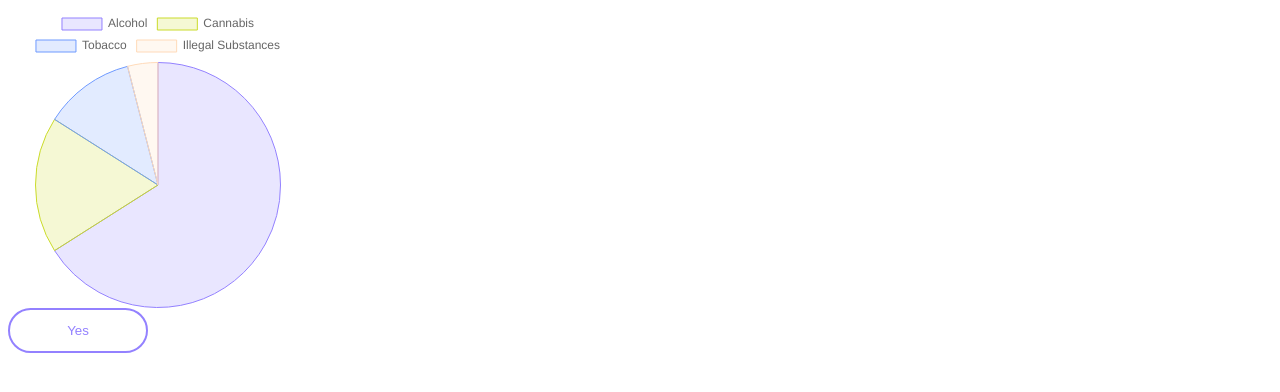
Repository: olivia-sk/MDIA-2109-2106-Big-Project
Page: /
The author's editor kept a copy of each file at every save. The page is drawn from the files as they stood at one save, then again after the next save.
The browser window is 1280 px wide. The pictures show the whole page.
The project was rebuilt for these pictures with package versions that can differ from the ones it lists, and the page was loaded fresh each time. The framework's server and built-in components were replaced by stand-ins that run in the browser. Also part of the build but not shown: next.config.js, styles/globals.css, components/Button/Button.module.css, components/Button/index.js.

Above is the page before, as saved 2023-04-03 12:00:29.

### pages/index.js
import Head from 'next/head'
import Image from 'next/image'
import styles from '@/styles/Home.module.css'
import Pie from '@/components/PieChart'
import Button from '@/components/Button'


export default function Home() {
  return (
    <>
      <Head>
        <title>Create Next App</title>
        <meta name="description" content="Generated by create next app" />
        <meta name="viewport" content="width=device-width, initial-scale=1" />
        <link rel="icon" href="/favicon.ico" />
      </Head>
      <main className={styles.main}>
        <Pie/>
        <button className={styles.button}>Yes</button>
      </main>
    </>
  )
}

### styles/Home.module.css
.button {
  color: rgb(147, 129, 255);
  background: transparent;
  border: solid 2px rgb(147, 129, 255);
  width: 140px;
  height: 45px;
  border-radius: 100px;
}

.button:hover {
  border: white;
  color: white;
  background-color: rgb(147, 129, 255);
  cursor: pointer;
}

### components/PieChart/index.js
import React from 'react';
import { Chart as ChartJS, ArcElement, Tooltip, Legend } from 'chart.js';
import { Pie } from 'react-chartjs-2';
import styles from '@/components/PieChart/PieChart.module.css'

ChartJS.register(ArcElement, Tooltip, Legend);

export const data = {
  labels: ['Alcohol', 'Cannabis', 'Tobacco', 'Illegal Substances'],
  datasets: [
    {
      label: '% of Household Users',
      data: [66, 18, 12, 4,],
      backgroundColor: [
        'rgba(147, 129, 255, 0.2)',
        'rgba(202, 219, 42, 0.2)',
        'rgba(111, 154, 255, 0.2)',
        'rgba(255, 218, 185, 0.2)',
      ],
      borderColor: [
        'rgba(147, 129, 255, 1)',
        'rgba(202, 219, 42, 1)',
        'rgba(111, 154, 255, 1)',
        'rgba(255, 218, 185, 1)',
      ],
      borderWidth: 1,
    },
  ],
};

export default function App() {
  return (
    <div className={styles.pie}>
        <Pie data={data} />
    </div>
  )
}

### components/PieChart/PieChart.module.css
.pie {
    width: 300px;
    height: 300px;
}

Loaded but not shown: pages/_app.js (common file); pages/_document.js (common file)

After the next save:
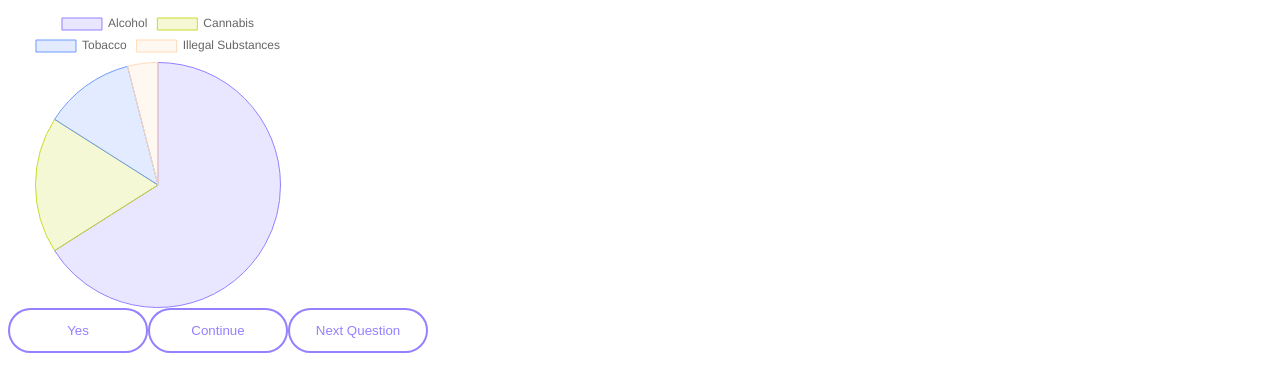
Saved 5 s later.
--- a/pages/index.js
+++ b/pages/index.js
@@ -17,6 +17,8 @@
       <main className={styles.main}>
         <Pie/>
         <button className={styles.button}>Yes</button>
+        <button className={styles.button}>Continue</button>
+        <button className={styles.button}>Next Question</button>
       </main>
     </>
   )

After the save that followed:
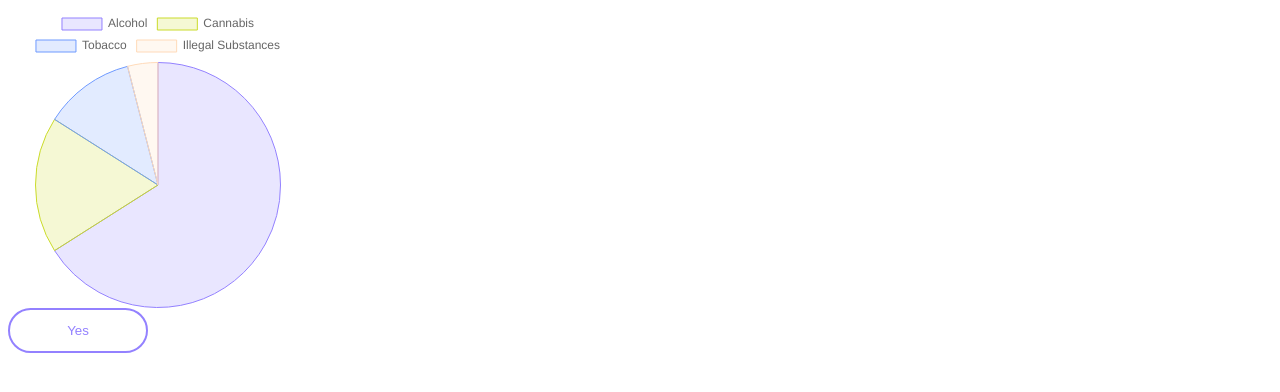
Saved 96 s later.
--- a/pages/index.js
+++ b/pages/index.js
@@ -3,6 +3,7 @@
 import styles from '@/styles/Home.module.css'
 import Pie from '@/components/PieChart'
 import Button from '@/components/Button'
+import Link from 'next/link'
 
 
 export default function Home() {
@@ -16,9 +17,7 @@
       </Head>
       <main className={styles.main}>
         <Pie/>
-        <button className={styles.button}>Yes</button>
-        <button className={styles.button}>Continue</button>
-        <button className={styles.button}>Next Question</button>
+        <button className={styles.button}><Link></Link>Yes</button>
       </main>
     </>
   )
